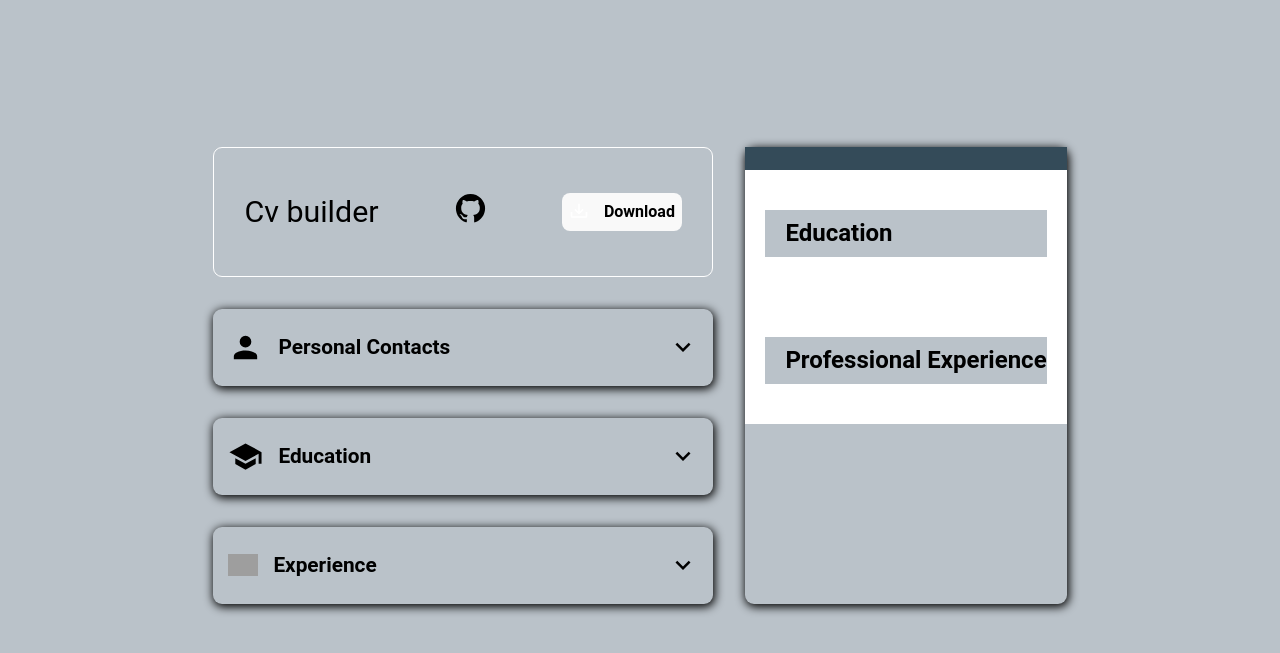
Repository: Bright-Anyawe/TOP-CV-Application-React-Project-
Page: /
The author's editor kept a copy of each file at every save. The page is drawn from the files as they stood at one save, then again after the next save.
The browser window is 1280 px wide. The pictures show the whole page.
Pictures or frames that could not be fetched are drawn as grey boxes. The project was rebuilt for these pictures with package versions that can differ from the ones it lists, and the page was loaded fresh each time. Also part of the build but not shown: vite.config.js, src/Component/Feature components/SubmitBtn.jsx.

Above is the page before, as saved 2024-10-31 21:19:10.

After the next save:
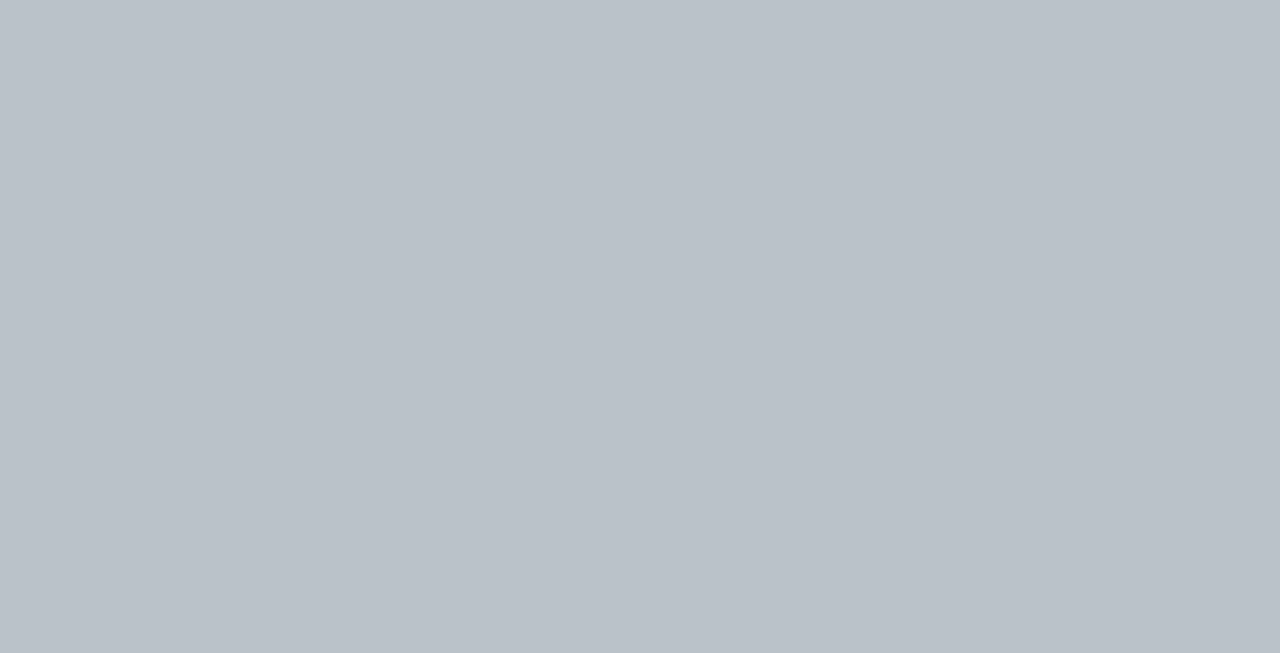
Console error: ReferenceError: hideContactEdit is not defined
Saved 11 s later.
--- a/src/Component/Display Components/DisplayUserInfo.jsx
+++ b/src/Component/Display Components/DisplayUserInfo.jsx
@@ -4,8 +4,6 @@
 
 function DisplayUserContact({
 
-  hideContactEdit,
-  setHideContactEdit,
   // userContact
 }) {
   const {

After the 3 saves that followed:
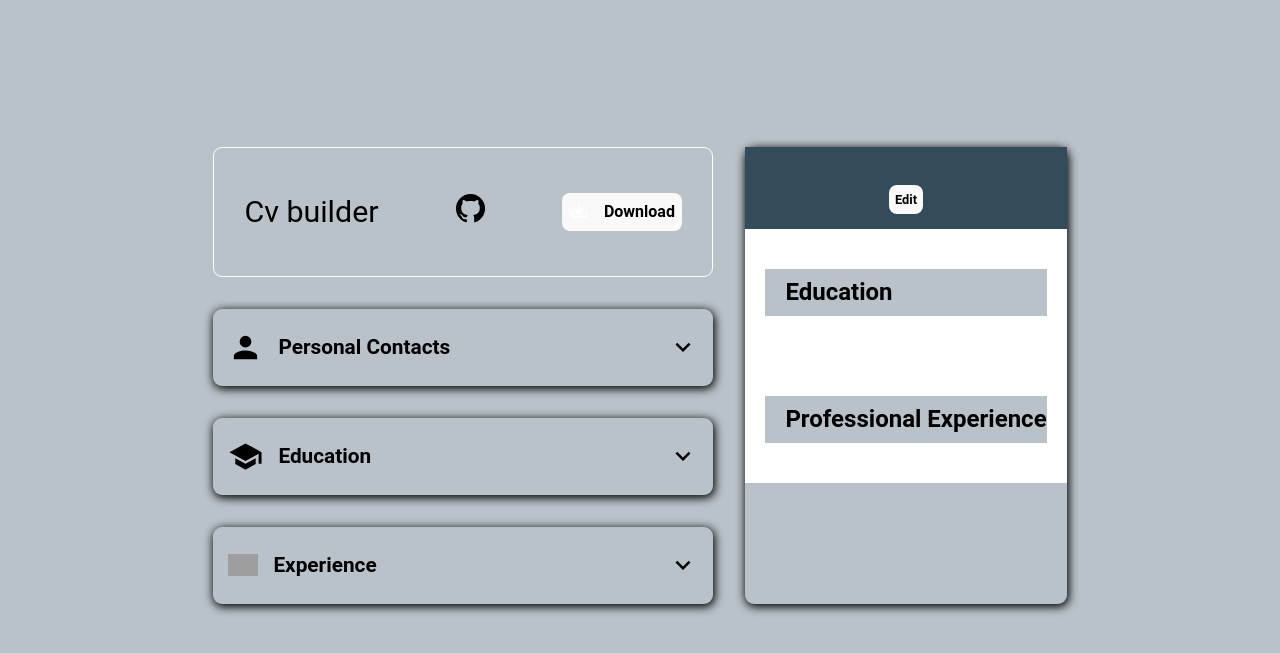
The error is gone.
The 3 saves are shown as one change because they came seconds apart.
The last was saved 9 s later.
--- a/src/Component/Display Components/DisplayUserInfo.jsx
+++ b/src/Component/Display Components/DisplayUserInfo.jsx
@@ -10,6 +10,8 @@
     setDisplayPersonalContact,
     controlEmailSvgDisplay,
     controlPhoneSvgDisplay,
+    hideContactEdit,
+    setHideContactEdit,
   } = useContext(UserContactContext);
   let userContact = JSON.parse(localStorage.getItem("userContact")) || {};
 
